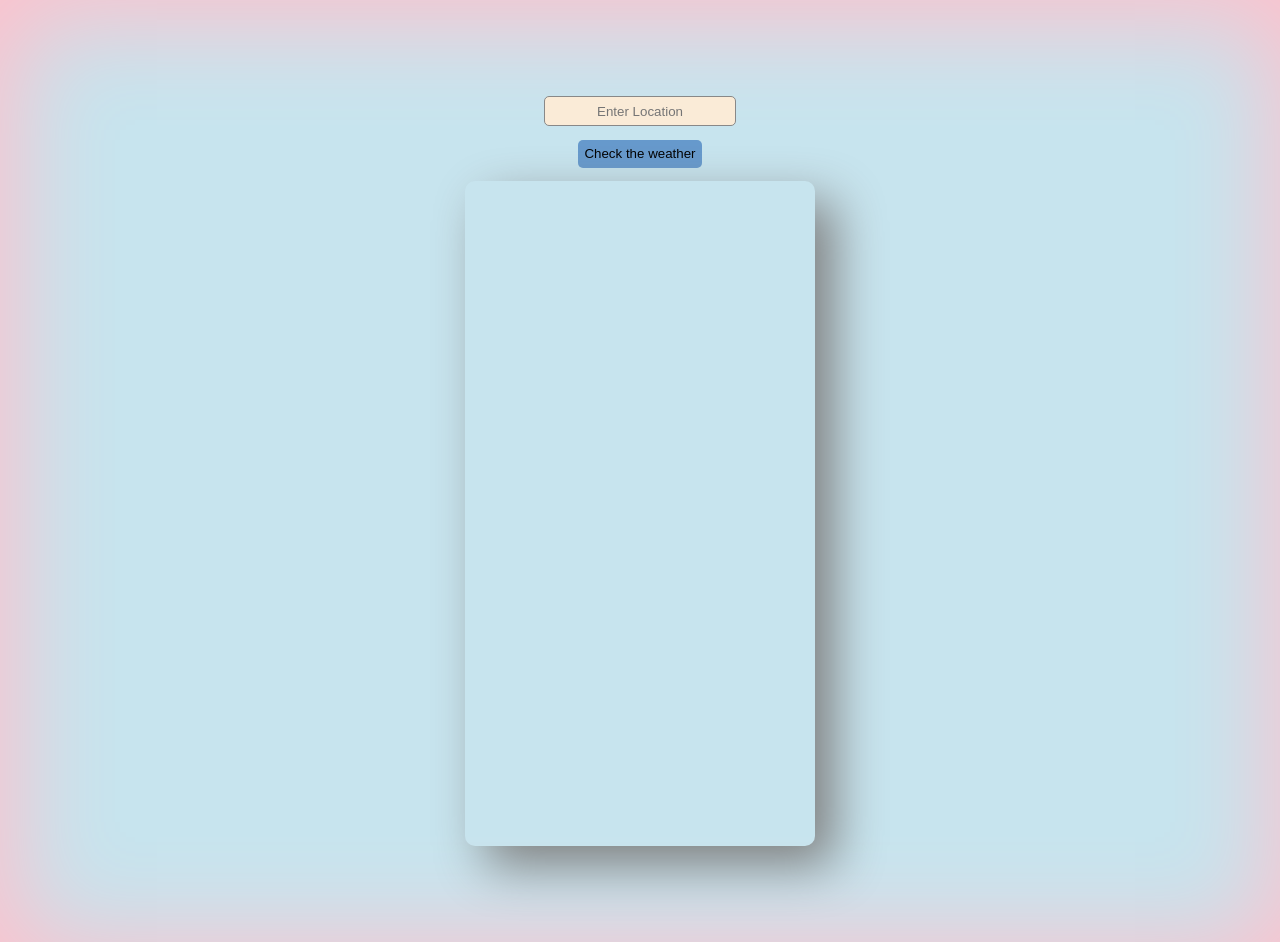
Repository: CanSanchez/weatherapp
Page: /
These files come from the project's save history. The page is drawn as it stood at one moment and after the next save; the edit follows.
The browser window is 1280 px wide. The pictures show the whole page.
The project was rebuilt for these pictures with package versions that can differ from the ones it lists, and the page was loaded fresh each time. The framework's server and built-in components were replaced by stand-ins that run in the browser. Also part of the build but not shown: next.config.js.

Above is the page before, as saved 2023-01-17 23:01:20.

After the next save:
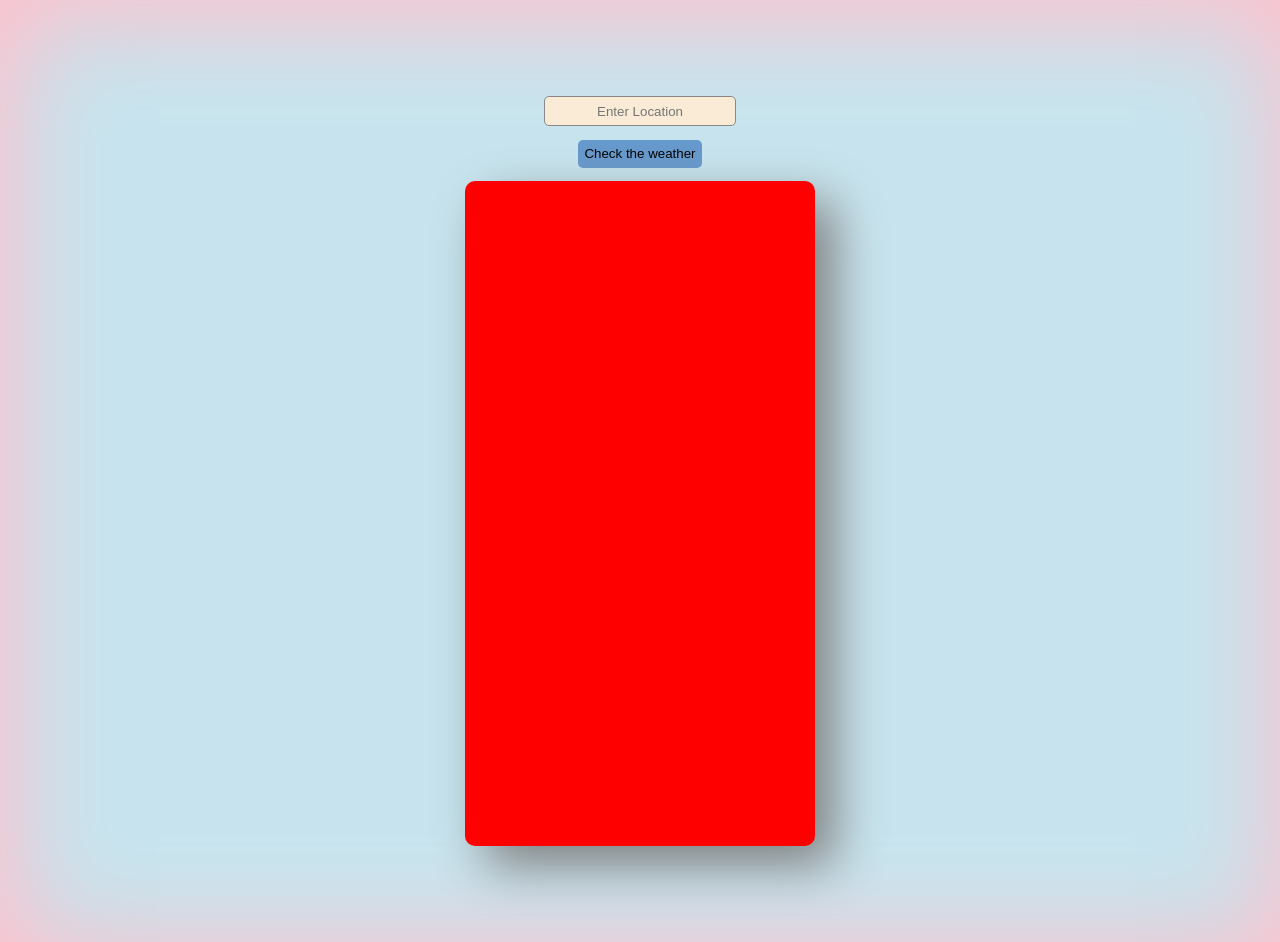
Saved 18 s later.
--- a/pages/index.js
+++ b/pages/index.js
@@ -61,7 +61,8 @@
        />
        <button className={styles.button}>Check the weather</button>
 
-      <div className={styles.wrapper}>
+      <div className={styles.wrapper}
+      style={{backgroundColor: 'red'}}>
       {
         errorMessage &&
         <p>{errorMessage}</p>

After the save that followed:
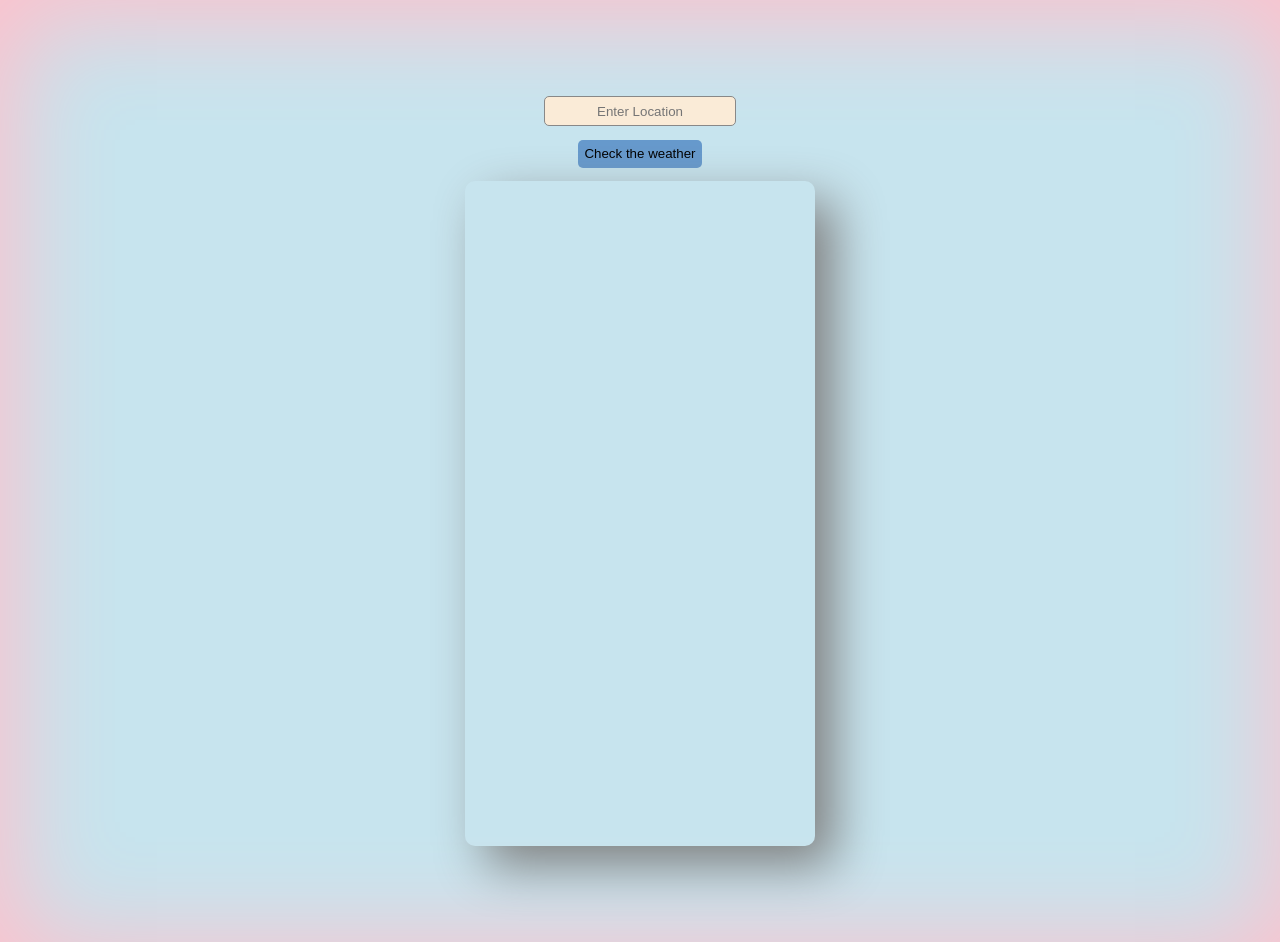
Saved 24 s later.
--- a/pages/index.js
+++ b/pages/index.js
@@ -62,7 +62,7 @@
        <button className={styles.button}>Check the weather</button>
 
       <div className={styles.wrapper}
-      style={{backgroundColor: 'red'}}>
+      style={{backgroundImage: `url(${sunny})`}}>
       {
         errorMessage &&
         <p>{errorMessage}</p>
